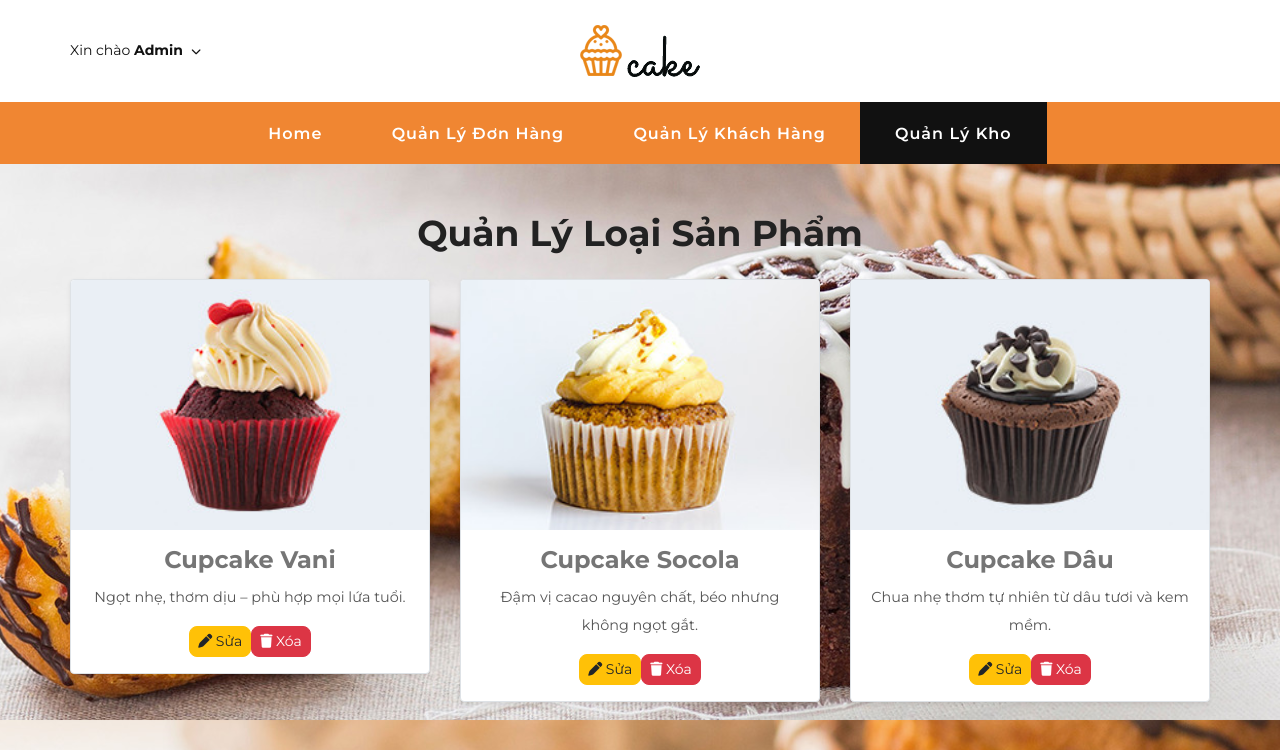
Repository: nhanto2n-byte/Nhom10ChieuThu3
Page: ProjectWeb/cake-main/admin_type.html
An editor plug-in stored every save of this project. The page is shown before and after the next save, followed by the edit.
The browser window is 1280 px wide. The pictures show the whole page.
Backgrounds fixed to the window are drawn as part of the page.

Above is the page before, as saved 2025-11-10 15:55:52.
Console error (its wording comes from the project's code and is left out).

After the next save:
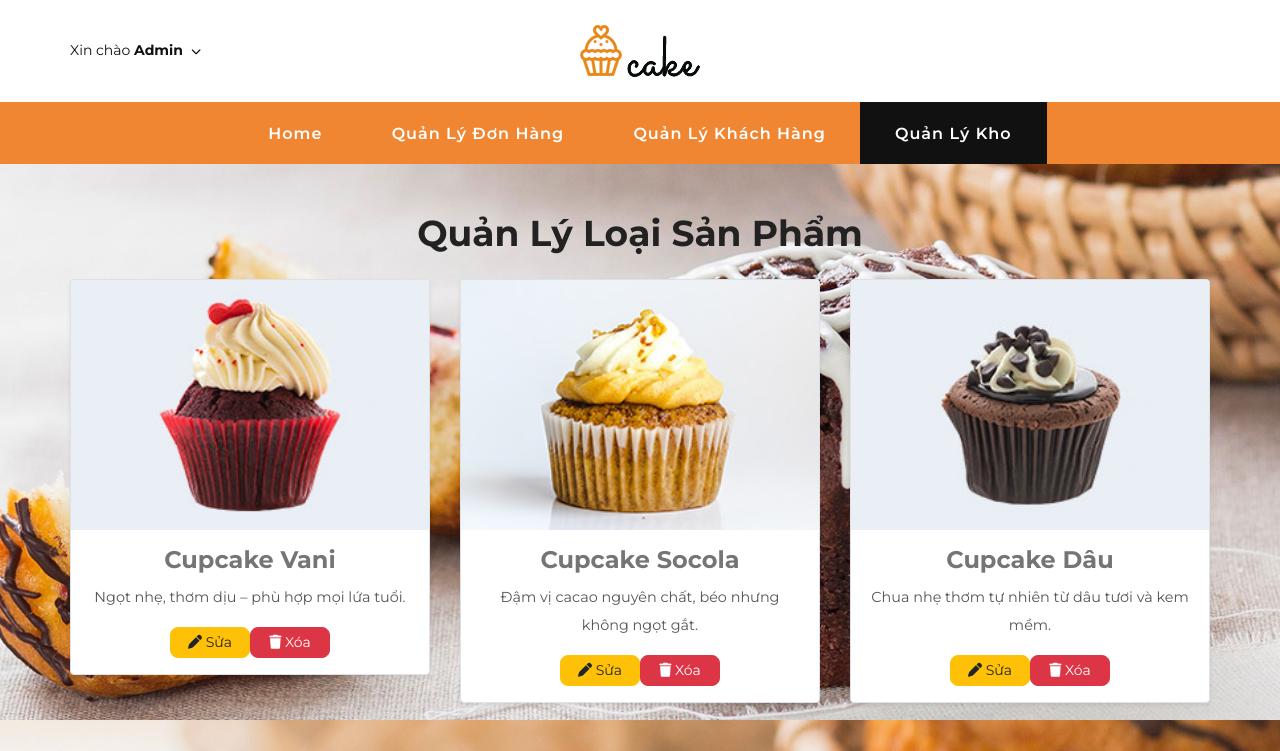
Saved 5 min 0 s later.
--- a/ProjectWeb/cake-main/admin_type.html
+++ b/ProjectWeb/cake-main/admin_type.html
@@ -142,7 +142,7 @@
             </nav>
         </div>
     </header>
-   <div class="container py-5">
+  <div class="container py-5">
     <h2 class="text-center mb-4">Quản Lý Loại Sản Phẩm</h2>
 
     <div class="row g-4">
@@ -154,9 +154,9 @@
                 <div class="category-content p-3 text-center">
                     <h4>Cupcake Vani</h4>
                     <p>Ngọt nhẹ, thơm dịu – phù hợp mọi lứa tuổi.</p>
-                    <div class="d-flex justify-content-center gap-2 mt-2">
-                        <button class="btn btn-warning btn-sm"><i class="fa-solid fa-pen"></i> Sửa</button>
-                        <button class="btn btn-danger btn-sm"><i class="fa-solid fa-trash"></i> Xóa</button>
+                    <div class="d-flex justify-content-center gap-4 mt-3">
+                        <button class="btn btn-warning btn-sm btn-action"><i class="fa-solid fa-pen"></i> Sửa</button>
+                        <button class="btn btn-danger btn-sm btn-action"><i class="fa-solid fa-trash"></i> Xóa</button>
                     </div>
                 </div>
             </div>
@@ -169,9 +169,9 @@
                 <div class="category-content p-3 text-center">
                     <h4>Cupcake Socola</h4>
                     <p>Đậm vị cacao nguyên chất, béo nhưng không ngọt gắt.</p>
-                    <div class="d-flex justify-content-center gap-2 mt-2">
-                        <button class="btn btn-warning btn-sm"><i class="fa-solid fa-pen"></i> Sửa</button>
-                        <button class="btn btn-danger btn-sm"><i class="fa-solid fa-trash"></i> Xóa</button>
+                    <div class="d-flex justify-content-center gap-4 mt-3">
+                        <button class="btn btn-warning btn-sm btn-action"><i class="fa-solid fa-pen"></i> Sửa</button>
+                        <button class="btn btn-danger btn-sm btn-action"><i class="fa-solid fa-trash"></i> Xóa</button>
                     </div>
                 </div>
             </div>
@@ -184,9 +184,9 @@
                 <div class="category-content p-3 text-center">
                     <h4>Cupcake Dâu</h4>
                     <p>Chua nhẹ thơm tự nhiên từ dâu tươi và kem mềm.</p>
-                    <div class="d-flex justify-content-center gap-2 mt-2">
-                        <button class="btn btn-warning btn-sm"><i class="fa-solid fa-pen"></i> Sửa</button>
-                        <button class="btn btn-danger btn-sm"><i class="fa-solid fa-trash"></i> Xóa</button>
+                    <div class="d-flex justify-content-center gap-4 mt-3">
+                        <button class="btn btn-warning btn-sm btn-action"><i class="fa-solid fa-pen"></i> Sửa</button>
+                        <button class="btn btn-danger btn-sm btn-action"><i class="fa-solid fa-trash"></i> Xóa</button>
                     </div>
                 </div>
             </div>
@@ -219,7 +219,20 @@
     font-size: 0.9rem;
     color: #555;
 }
+
+/* Nút Sửa/Xóa */
+.btn-action {
+    min-width: 80px;
+    transition: transform 0.1s, box-shadow 0.1s;
+}
+
+/* Hiệu ứng nhấn vào */
+.btn-action:active {
+    transform: scale(1.1);
+    box-shadow: 0 4px 10px rgba(0,0,0,0.2);
+}
 </style>
+
 
     <script>
         // ===== BẮT ĐẦU JAVASCRIPT HOÀN CHỈNH =====
